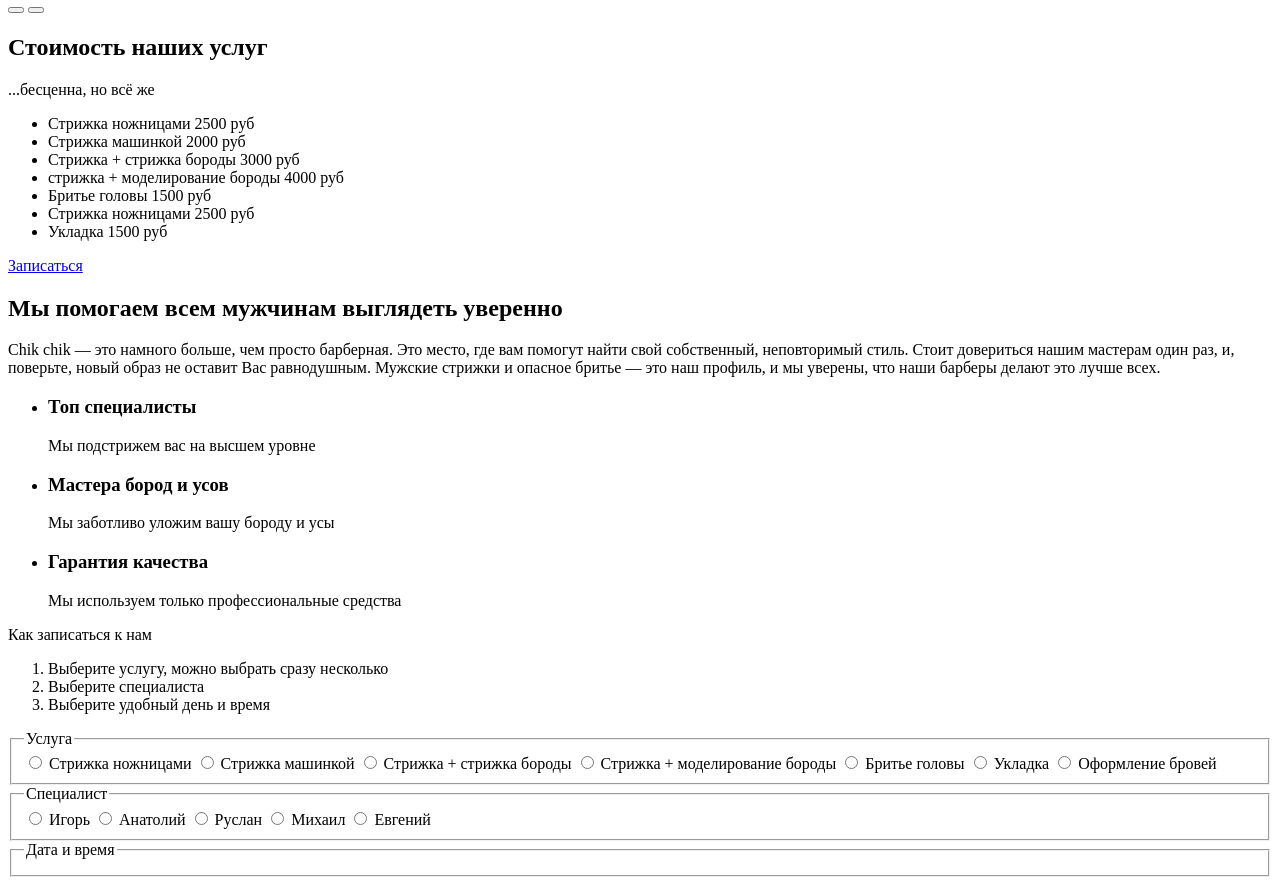
Repository: alexboagreek/chick-chick
Page: index.html
The author's editor kept a copy of each file at every save. The page is drawn from the files as they stood at one save, then again after a run of saves.
The browser window is 1280 px wide. The pictures show the part of the page from y = 3047 to 3950 px (the page is 3932 px tall before and 3950 px after).
A picture or video elsewhere on the page could not be fetched, so the positions and the page height are approximate.

Above is the page before, as saved 2023-01-17 15:36:04.

### index.html
<!DOCTYPE html>
<html lang="ru">
<head>
    <meta charset="UTF-8">
    <meta http-equiv="X-UA-Compatible" content="IE=edge">
    <meta name="viewport" content="width=device-width, initial-scale=1.0">
    <title>Chick-Chick BarberShop</title>
</head>
<body>
    <header class="header">
        <div class="container">
            <img class="header__logo" src="assets/img/logo.svg" alt="логотип барбершоп Chick-Chick">

            <nav class="navigation header__navigation">
                <ul class="navigation__list">
                    <li class="navigation__item">
                        <a href="#price" class="navigation__link">Стоимость услуг</a>
                    </li>
                    <li class="navigation__item">
                        <a href="#about" class="navigation__link">О нас</a>
                    </li>
                </ul>
            </nav>

            <a href="#reserve" class="header__link main-link">Записаться</a>
        </div>
    </header>

    <main>
        <section class="hero">
            <div class="container">
                <h1 class="hero__title">
                    <span class="visually-hiddden">Барбершоп Chick-Chick</span>
                    <span>
                        Мы создаём искусство, которое не стыдно показать
                    </span>
                </h1>
               <div class="slider hero__slider">
                <div class="slider__container">
                    <ul class="slider__list">
                        <li class="slider__item">
                            <img src="assets/img/slide_01.jpg" alt="модельная стрижка" class="slider__img">
                        </li>
                        <li class="slider__item">
                            <img src="assets/img/slide_3.svg" alt="модельная стрижка" class="slider__img">
                        </li>
                        <li class="slider__item">
                            <img src="assets/img/slide_4.svg" alt="модельная стрижка" class="slider__img">
                        </li>
                        <li class="slider__item">
                            <img src="assets/img/slide_4.svg" alt="модельная стрижка" class="slider__img">
                        </li>
                        <li class="slider__item">
                            <img src="assets/img/slide_4.svg" alt="модельная стрижка" class="slider__img">
                        </li>
                        <li class="slider__item">
                            <img src="assets/img/slide_4.svg" alt="модельная стрижка" class="slider__img">
                        </li>
                        <li class="slider__item">
                            <img src="assets/img/slide_4.svg" alt="модельная стрижка" class="slider__img">
                        </li>
                        <li class="slider__item">
                            <img src="assets/img/slide_4.svg" alt="модельная стрижка" class="slider__img">
                        </li>
                    </ul>

                    <button class="slider__arrow slider__arrow_left" aria-label="предыдущий слайд"></button>
                    <button class="slider__arrow slider__arrow-right" aria-label="следующий слайд"></button>
                </div>
               </div>
            </div>
        </section>
        <section class="price" id="price">
            <div class="container">
                <h2 class="price__title">Стоимость наших услуг</h2>
                <p class="price__tagline">...бесценна, но всё же</p>

                <div class="price_-wrapper-content">
                    <div class="price__content">
                        <ul class="price__list">
                            <li class="price__item">
                                <span class="price__item-title">Стрижка ножницами</span>
                                <span class="price__item-count">2500 руб</span>
                            </li>
                            <li class="price__item">
                                <span class="price__item-title">Стрижка машинкой</span>
                                <span class="price__item-count">2000 руб</span>
                            </li>
                            <li class="price__item">
                                <span class="price__item-title">Стрижка + стрижка бороды</span>
                                <span class="price__item-count">3000 руб</span>
                            </li>
                            <li class="price__item">
                                <span class="price__item-title">стрижка + моделирование бороды</span>
                                <span class="price__item-count">4000 руб</span>
                            </li>
                            <li class="price__item">
                                <span class="price__item-title">Бритье головы</span>
                                <span class="price__item-count">1500 руб</span>
                            </li>
                            <li class="price__item">
                                <span class="price__item-title">Стрижка ножницами</span>
                                <span class="price__item-count">2500 руб</span>
                            </li>
                            <li class="price__item">
                                <span class="price__item-title">Укладка</span>
                                <span class="price__item-count">1500 руб</span>
                            </li>
                        </ul>

                        <a href="#reserve" class="price__link main-link">Записаться</a>
                    </div>
                </div>
            </div>
        </section>
        <section class="about" id="about">
            <div class="container">
                <h2 class="about__title">Мы помогаем всем мужчинам выглядеть уверенно</h2>
                <p class="about__description">
                    Сhik chik — это намного больше, чем просто барберная. Это место, где вам помогут найти свой собственный, неповторимый стиль. Стоит довериться нашим мастерам один раз, и, поверьте, новый образ не оставит Вас равнодушным. Мужские стрижки и опасное бритье — это наш профиль, и мы уверены, что наши барберы делают это лучше всех.
                </p>

                <ul class="about__list">
                    <li class="about__item">
                        <h3 class="about__item-title">Топ специалисты</h3>
                        <p class="about__item-description">Мы подстрижем вас на высшем уровне</p>
                    </li>
                    <li class="about__item">
                        <h3 class="about__item-title">Мастера бород и усов</h3>
                        <p class="about__item-description">Мы заботливо уложим вашу бороду и усы</p>
                    </li>
                    <li class="about__item">
                        <h3 class="about__item-title">Гарантия качества</h3>
                        <p class="about__item-description">Мы используем только профессиональные средства</p>
                    </li>
                </ul>
            </div>
        </section>
        <section class="reserve" id="reserve">
            <div class="container">
                <div class="reserve__title">Как записаться к нам</div>

                <ol class="reserve__list">
                    <li class="reserve__item">Выберите услугу, можно выбрать сразу несколько</li>
                    <li class="reserve__item">Выберите специалиста</li>
                    <li class="reserve__item">Выберите удобный день и время</li>
                </ol>
            </div>

            <form class="reserve__form">
                <div class="reserve__form-container">
                    <fieldset class="reserve__fieldset">
                        <legend class="reserve__legend">Услуга</legend>

                        <label class="radio">
                            <input class="radio__input" type="radio" name="service">
                            <span class="radio__label">Стрижка ножницами</span>
                        </label>

                        <label class="radio">
                            <input class="radio__input" type="radio" name="service">
                            <span class="radio__label">Стрижка машинкой</span>
                        </label>

                        <label class="radio">
                            <input class="radio__input" type="radio" name="service">
                            <span class="radio__label">Стрижка + стрижка бороды</span>
                        </label>

                        <label class="radio">
                            <input class="radio__input" type="radio" name="service">
                            <span class="radio__label">Стрижка + моделирование бороды</span>
                        </label>

                        <label class="radio">
                            <input class="radio__input" type="radio" name="service">
                            <span class="radio__label">Бритье головы</span>
                        </label>
                        <label class="radio">
                            <input class="radio__input" type="radio" name="service">
                            <span class="radio__label">Укладка</span>
                        </label>

                        <label class="radio">
                            <input class="radio__input" type="radio" name="service">
                            <span class="radio__label">Оформление бровей</span>
                        </label>
                    </fieldset>

                    <fieldset class="reserve__fieldset">
                        <legend class="reserve__legend">Специалист</legend>

                        <label class="radio">
                            <input class="radio__input" type="radio" name="spec" >
                            <span class="radio__label radio__label_spec">Игорь</span>
                        </label>

                        <label class="radio">
                            <input class="radio__input" type="radio" name="spec" >
                            <span class="radio__label radio__label_spec">Анатолий</span>
                        </label>

                        <label class="radio">
                            <input class="radio__input" type="radio" name="spec" >
                            <span class="radio__label radio__label_spec">Руслан</span>
                        </label>

                        <label class="radio">
                            <input class="radio__input" type="radio" name="spec" >
                            <span class="radio__label radio__label_spec">Михаил</span>
                        </label>

                        <label class="radio">
                            <input class="radio__input" type="radio" name="spec" >
                            <span class="radio__label radio__label_spec">Евгений</span>
                        </label>

                    </fieldset>

                    <fieldset class="reserve__fieldset">
                        <legend class="reserve__legend">Дата и время</legend>
                    </fieldset>
                </div>
            </form>
        </section>
    </main>

    <footer class="footer"></footer>
</body>
</html>

After the next 2 saves:
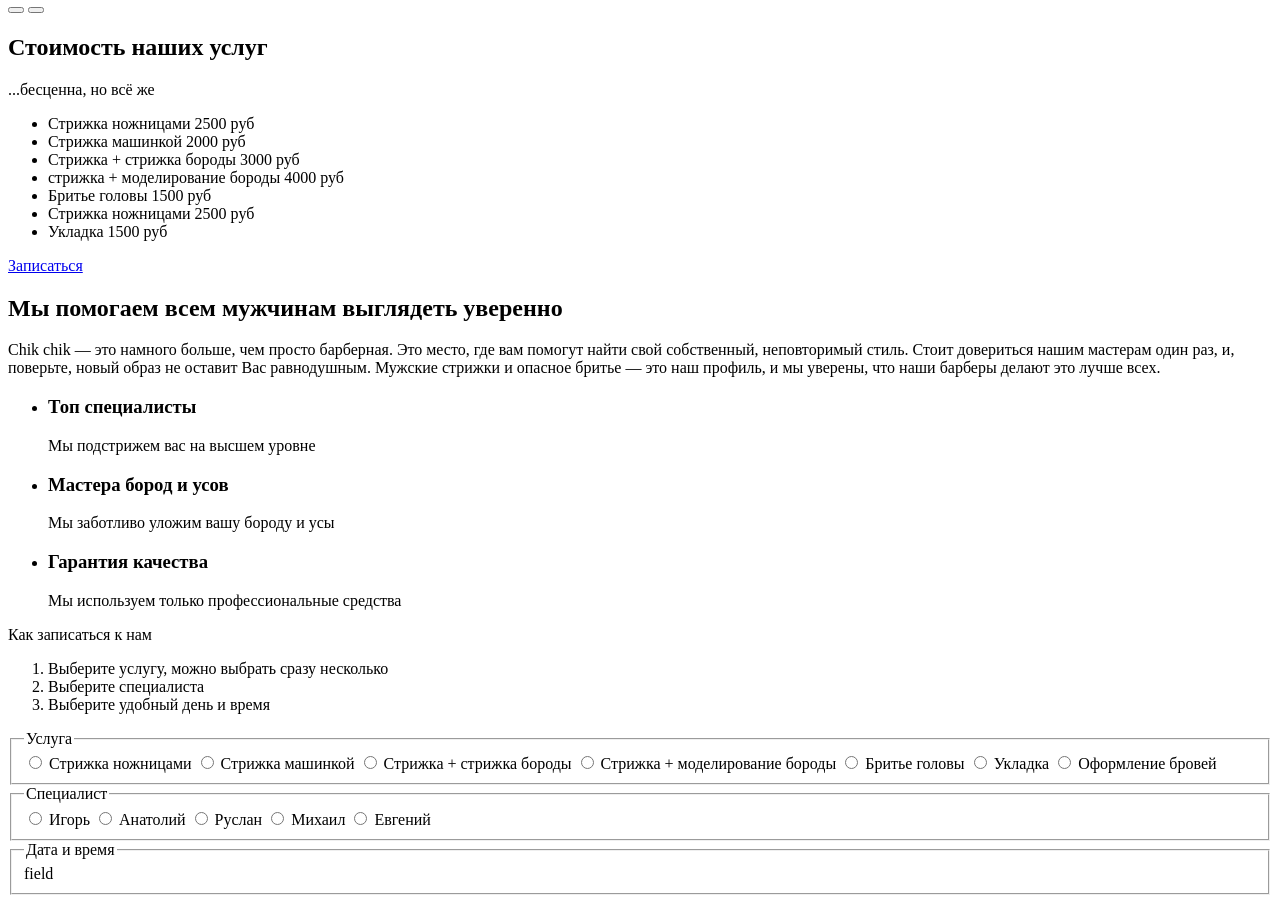
The 2 saves are shown as one change because they came seconds apart.
The last was saved 11 min 39 s later.
--- a/index.html
+++ b/index.html
@@ -219,6 +219,7 @@
 
                     <fieldset class="reserve__fieldset">
                         <legend class="reserve__legend">Дата и время</legend>
+                        field
                     </fieldset>
                 </div>
             </form>
